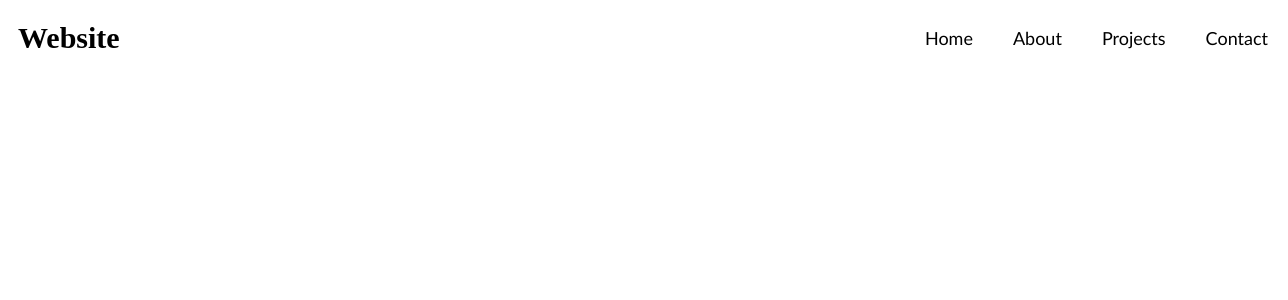
Repository: alishbah7/Choice1
Page: index.html
These files come from the project's save history. The page is drawn as it stood at one moment and after the next save; the edit follows.
The browser window is 1280 px wide. The page is 1280 px wide, then 1288 px, so the pictures cover 1288 px, including what lies to the right of the window. The pictures show the whole page.

Above is the page before, as saved 2024-11-23 23:39:58.

### index.html
<!DOCTYPE html>
<html lang="en">
<head>
    <meta charset="UTF-8">
    <meta name="viewport" content="width=device-width, initial-scale=1.0">
    <title>Navbar</title>

    <!--=== CSS ===-->
    <link rel="stylesheet" href="style.css">

    <!--=== BOXICONS ===-->
    <link href='https://unpkg.com/boxicons@2.1.4/css/boxicons.min.css' rel='stylesheet' />
</head>
<body>
    <!------------ header ------------>
    <header>
        <h1>Website</h1>

        <input type="checkbox" id="check" />
        <label for="check" class="icon">
            <i class="bx bx-menu" id="menu-icon"></i>
            <i class="bx bx-x" id="close-icon"></i>
        </label>

        <nav class="navbar">
            <a href="#" class="nav-item" style="--i: 1" data-aos="fade-down">Home</a>
            <a href="#" class="nav-item" style="--i: 2" data-aos="fade-down">About</a>
            <a href="#" class="nav-item" style="--i: 3" data-aos="fade-down">Projects</a>
            <a href="#" class="nav-item" style="--i: 4" data-aos="fade-down">Contact</a>
        </nav>
    </header>

    <!------------ home ------------>


</body>
</html>

### style.css
/* --==== HEADER ====-- */
body{
    width: 100%;
    box-sizing: border-box;
}

header {
    color: white;
    position: fixed;
    width: 100%;
    height: 60px;
    display: flex;
    justify-content: space-between;
    align-items: center;
    padding: 0 10px;
    z-index: 5;
}
header h1{
    font-size: 30px;
    color: black;
}
.navbar{
    display: flex;
    padding: 0 30px;
    gap: 40px;
}
#circleIcon{
    font-size: 6px;
}
.nav-item {
    font-family: 'Gill Sans', 'Gill Sans MT', Calibri, 'Trebuchet MS', sans-serif;
    color: black;
    font-size: 18px;
    text-decoration: none;
    transition: all 0.5s ease;

}
.icon {
    position: absolute;
    right: 5%;
    font-size: 36.8px;
    color: black;
    cursor: pointer;
    display: none;
}

#check {
    display: none;
}
@media (max-width: 870px) {
    #circleIcon{
        display: none;
    }
    header{
        height: 40px;
    }
    header::before {
        position: absolute;
        content: "";
        inset: 0;
        width: 100%;
        backdrop-filter: blur(20px);
        z-index: -1;
    }

    header::after {
        position: absolute;
        content: "";
        top: 0;
        left: -100%;
        width: 100%;
        height: 100%;
        transition: 0.8s;
    }
    .icon {
        display: inline-flex;
    }
    #check:checked ~ .icon #menu-icon {
        display: none;
    }
    .icon #close-icon {
        display: none;
    }
    #check:checked ~ .icon #close-icon {
        display: block;
    }
    .navbar {
        padding: 0;
        display: block;
        position: absolute;
        top: 100%;
        left: 0;
        width: 100%;
        height: 0;
        background: black;
        backdrop-filter: blur(50px);
        box-shadow: 0 8px 16px rgba(0, 0, 0, 0.1);
        overflow: hidden;
        transition: all 0.3s ease;
    }
    #check:checked ~ .navbar {
        height: 256px;
    }
    .nav-item {
        color: white;
        display: block;
        font-size: 17.6px;
        margin: 32px 0;
        text-align: center;
        transform: translateY(-50px);
        opacity: 0;
        transition: all 0.3s ease;
    }
    .nav-item:hover::after {
        width: auto;
    }
    #check:checked ~ .navbar a {
        transform: translateY(0);
        opacity: 1;
        transition-delay: calc(0.15s * var(--i));
    }
}
@media screen and (max-width: 350px) {
    header h1{
      font-size: 20px;
    }
}

After the next save:
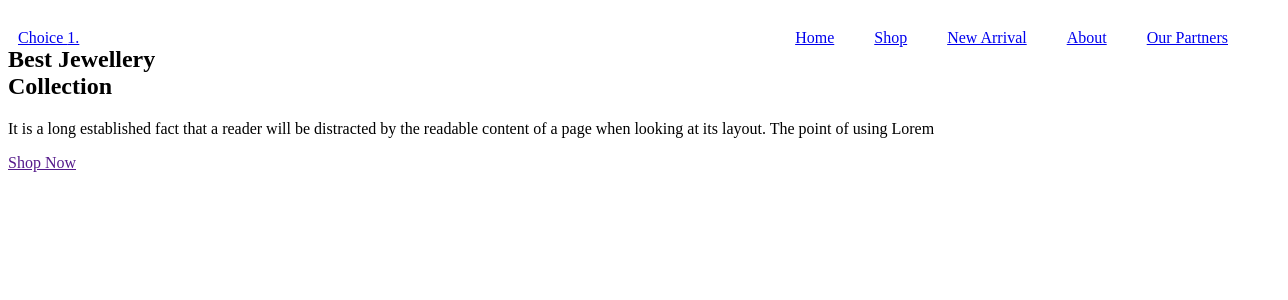
Not found: furniture2.jpg
Saved 9 min 24 s later.
--- a/index.html
+++ b/index.html
@@ -14,23 +14,45 @@
 <body>
     <!------------ header ------------>
     <header>
-        <h1>Website</h1>
+        <a href="#" class="logo">Choice <span>1.</span></a>
+        <div class="bx bx-menu" id="menu-icon"></div>
 
-        <input type="checkbox" id="check" />
-        <label for="check" class="icon">
-            <i class="bx bx-menu" id="menu-icon"></i>
-            <i class="bx bx-x" id="close-icon"></i>
-        </label>
-
-        <nav class="navbar">
-            <a href="#" class="nav-item" style="--i: 1" data-aos="fade-down">Home</a>
-            <a href="#" class="nav-item" style="--i: 2" data-aos="fade-down">About</a>
-            <a href="#" class="nav-item" style="--i: 3" data-aos="fade-down">Projects</a>
-            <a href="#" class="nav-item" style="--i: 4" data-aos="fade-down">Contact</a>
-        </nav>
+        <ul class="navbar">
+            <li><a href="#home">Home</a></li>
+            <li><a href="#home">Shop</a></li>
+            <li><a href="#home">New Arrival</a></li>
+            <li><a href="#home">About</a></li>
+            <li><a href="#home">Our Partners</a></li>
+            <li><a href="#home"></a></li>
+        </ul>
     </header>
 
     <!------------ home ------------>
+    <section class="slider_section position-relative">
+        <div class="slider_bg_box">
+          <img src="furniture2.jpg" alt="">
+        </div>
+        <div class="slider_bg"></div>
+        <div class="container">
+          <div class="col-md-9 col-lg-8">
+            <div class="detail-box">
+              <h1>
+                Best Jewellery
+                <br> Collection
+              </h1>
+              <p>
+                It is a long established fact that a reader will be distracted by the readable content of a page when
+                looking at its layout. The point of using Lorem
+              </p>
+              <div>
+                <a href="" class="slider-link">
+                  Shop Now
+                </a>
+              </div>
+            </div>
+          </div>
+        </div>
+      </section>
 
 
 </body>
